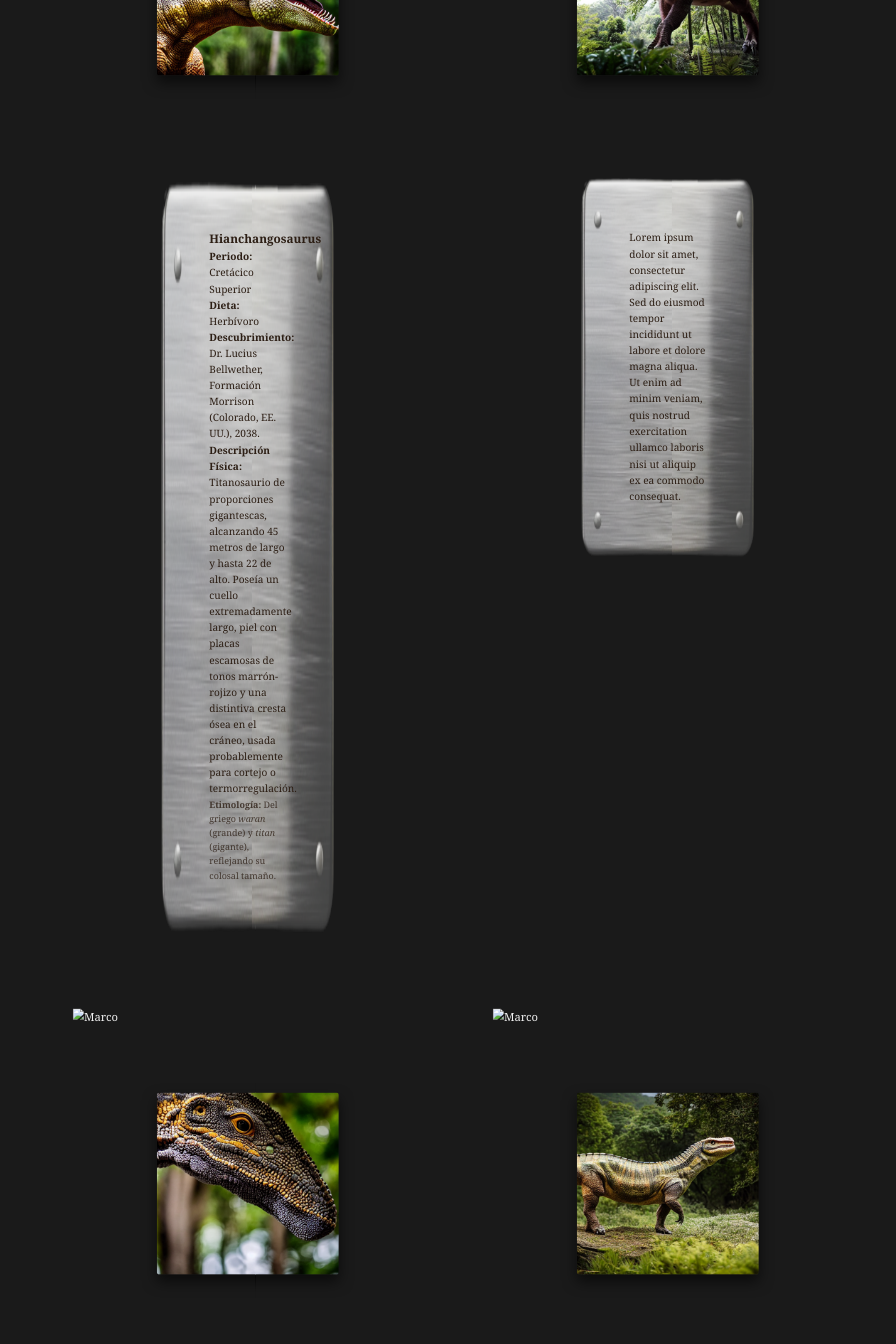
Repository: FormalIngenieroniel/YapperSaurusMuseum
Page: templates/index.html
The author's editor kept a record of every edit. The page is drawn from the files as they stood at one moment, then again after the next edit.
The browser window is 1280 px wide. The pictures show the part of the page from y = 1237 to 3157 px (the page is 7306 px tall before and 6372 px after), at 70% of full size.
Pictures or frames that could not be fetched are drawn as grey boxes.

Above is the page before.
Console error: TypeError: Cannot read properties of null (reading 'addEventListener')

After the next edit:
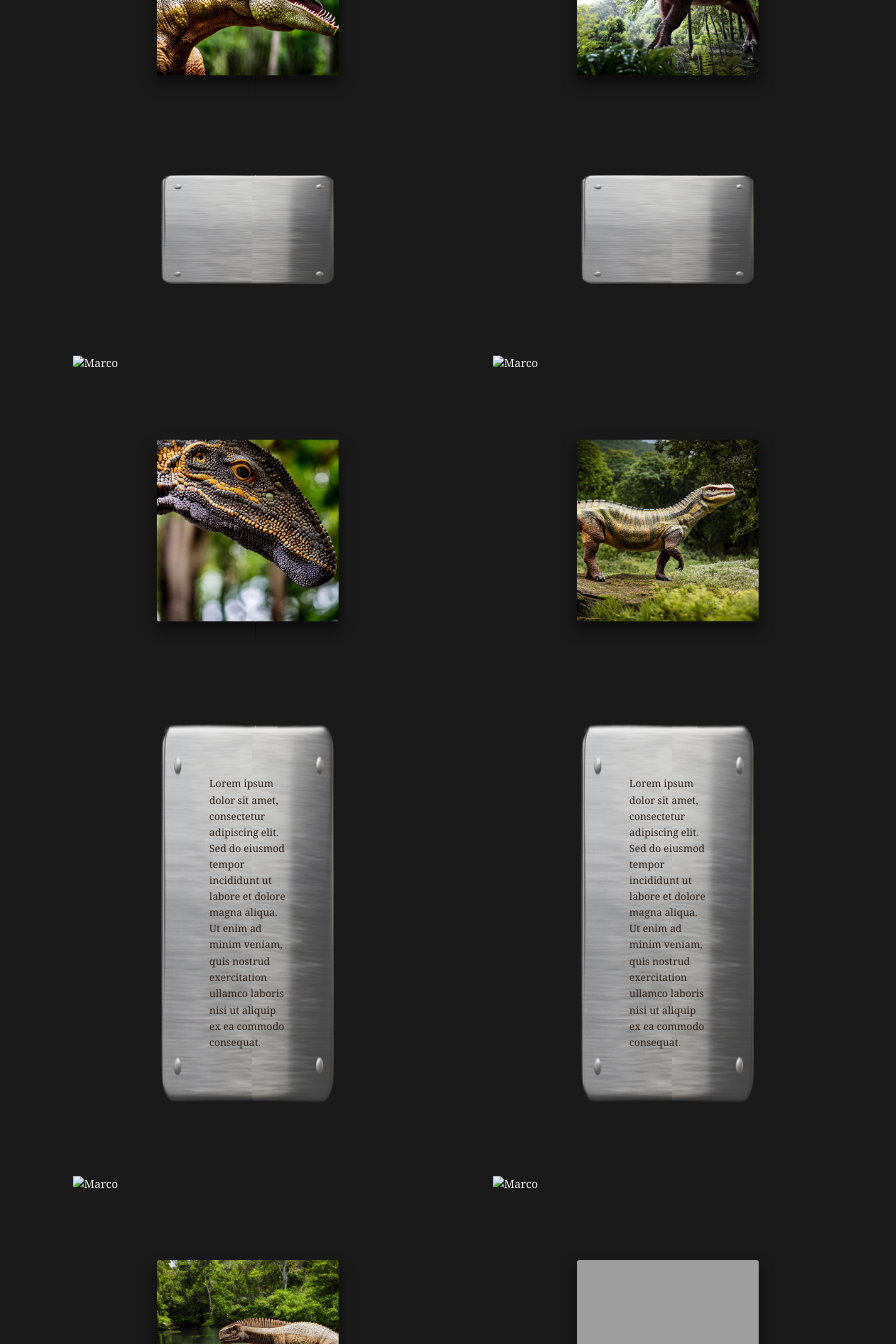
The edit:
--- a/templates/index.html
+++ b/templates/index.html
@@ -37,20 +37,6 @@
                 <img src="" alt="Marco" class="dino-marco">
             </div>
             <div class="dino-placa">
-                <h3>Hianchangosaurus</h3>
-                <p>
-                    <strong>Periodo:</strong> Cretácico Superior<br>
-                    <strong>Dieta:</strong> Herbívoro
-                </p>
-                <p>
-                    <strong>Descubrimiento:</strong> Dr. Lucius Bellwether, Formación Morrison (Colorado, EE. UU.), 2038.
-                </p>
-                <p>
-                    <strong>Descripción Física:</strong> Titanosaurio de proporciones gigantescas, alcanzando 45 metros de largo y hasta 22 de alto. Poseía un cuello extremadamente largo, piel con placas escamosas de tonos marrón-rojizo y una distintiva cresta ósea en el cráneo, usada probablemente para cortejo o termorregulación.
-                </p>
-                <p style="font-size: 0.8rem; opacity: 0.8;">
-                    <strong>Etimología:</strong> Del griego <em>waran</em> (grande) y <em>titan</em> (gigante), reflejando su colosal tamaño.
-                </p>
             </div>
         </div>
 
@@ -60,7 +46,6 @@
                 <img src="" alt="Marco" class="dino-marco">
             </div>
             <div class="dino-placa">
-                <p>Lorem ipsum dolor sit amet, consectetur adipiscing elit. Sed do eiusmod tempor incididunt ut labore et dolore magna aliqua. Ut enim ad minim veniam, quis nostrud exercitation ullamco laboris nisi ut aliquip ex ea commodo consequat.</p>
             </div>
         </div>
 
